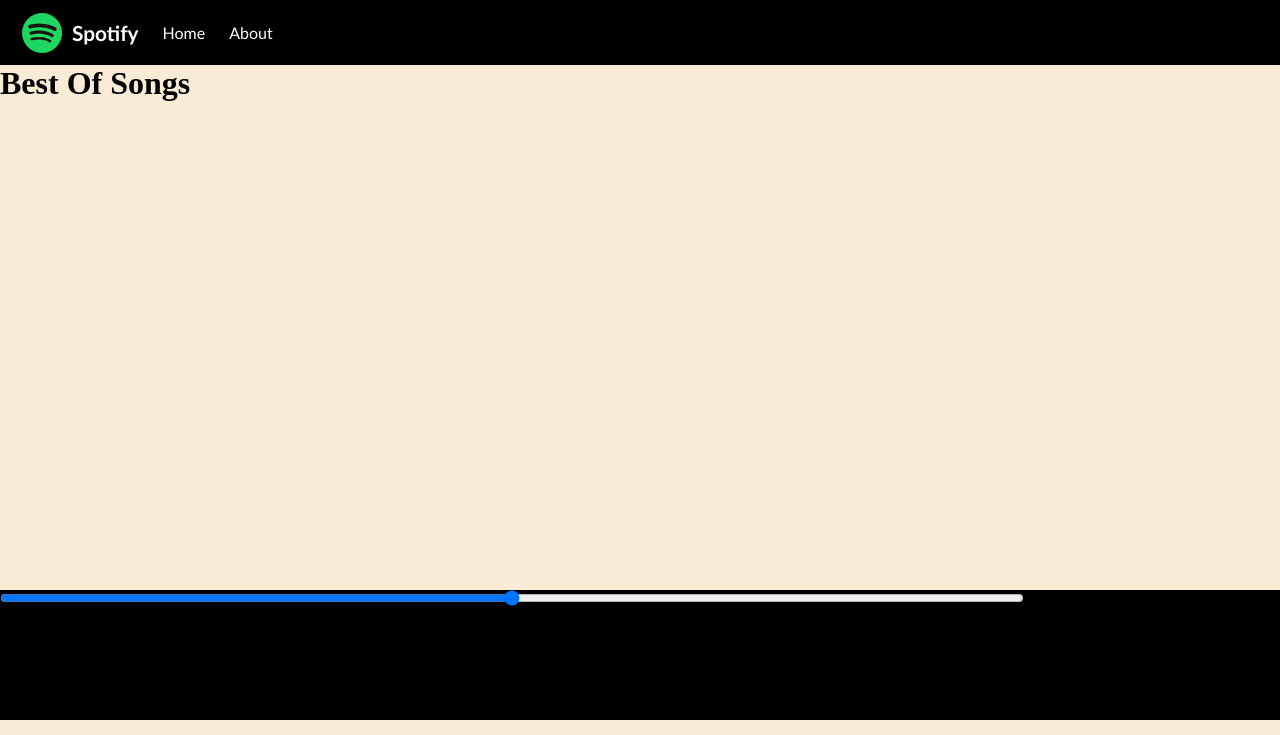
Repository: Chiranshukapil/Spotify-Project
Page: index.html
An editor plug-in stored every save of this project. The page is shown before and after a run of saves, followed by the edit.
The browser window is 1280 px wide. The pictures show the whole page.

Above is the page before, as saved 2024-06-17 19:54:54.

After the next 2 saves:
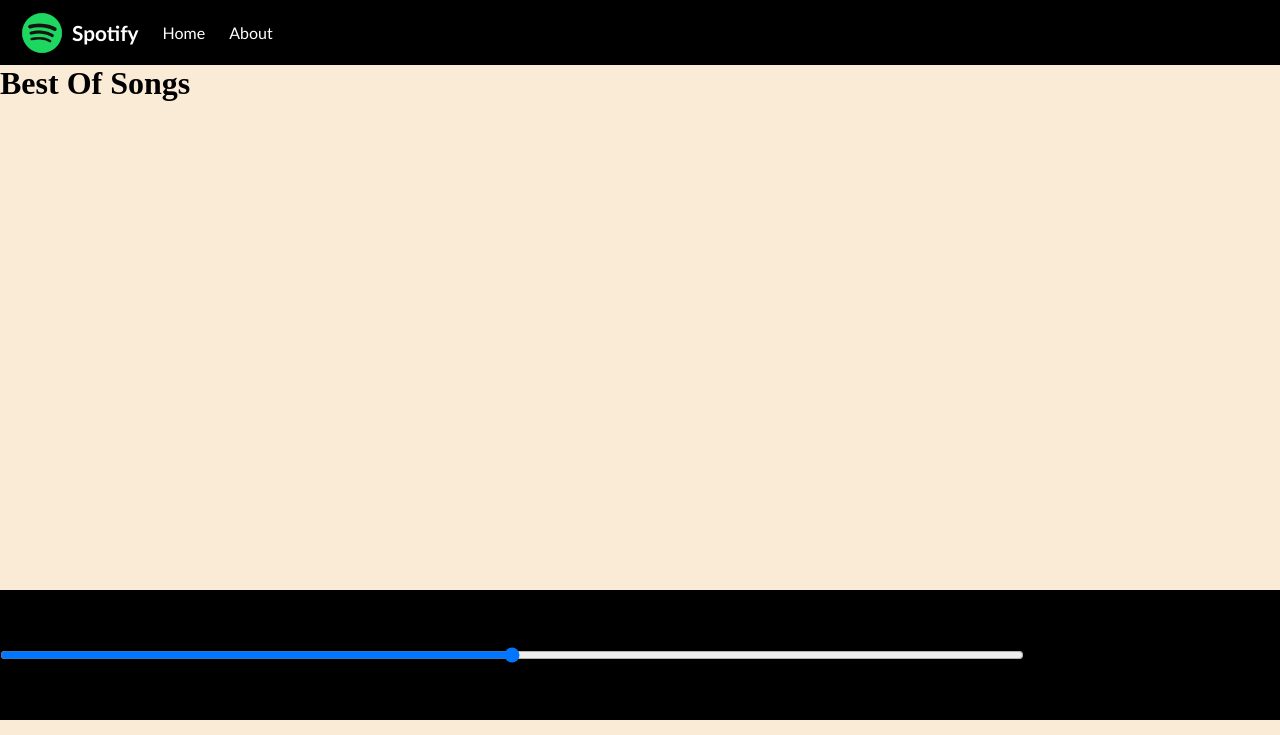
The 2 saves are shown as one change because they came seconds apart.
The last was saved 6 s later.
--- a/style.css
+++ b/style.css
@@ -47,7 +47,8 @@
     background-color: black;
     height: 130px;
     bottom: 0;
-    just
+    display: flex;
+
 }
 
 #myprogressbar{
